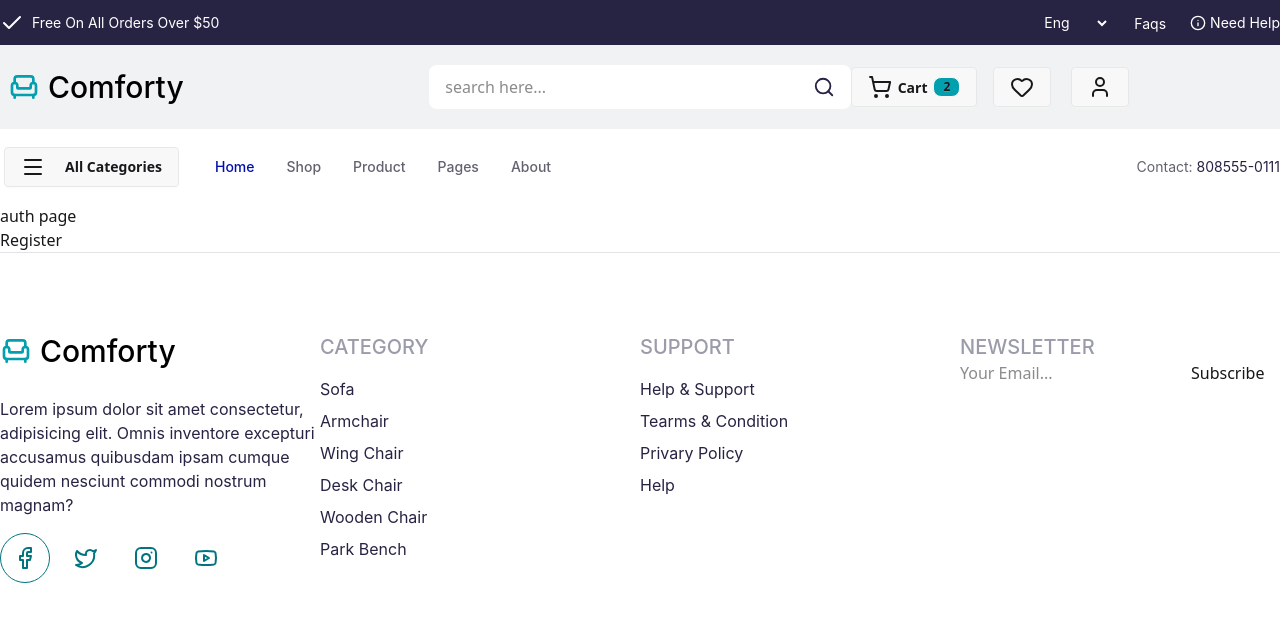
Repository: Neda0o0/store-template-website
Page: /auth/register
These files come from the project's save history. The page is drawn as it stood at one moment and after the next save; the edit follows.
The browser window is 1280 px wide. The pictures show the whole page.
The project was rebuilt for these pictures with package versions that can differ from the ones it lists, and the page was loaded fresh each time. Also part of the build but not shown: vite.config.js, src/components/Banner/Banner.jsx, src/components/Delivery/Delivery.jsx, src/components/Brand/Brand.jsx, src/components/SectionTitle/SectionTitle.jsx, src/components/Features/Features.jsx, src/components/Categories/Categories.jsx, src/components/Product/Product.jsx and 6 more.

Above is the page before, as saved 2025-10-27 16:58:42.

After the next save:
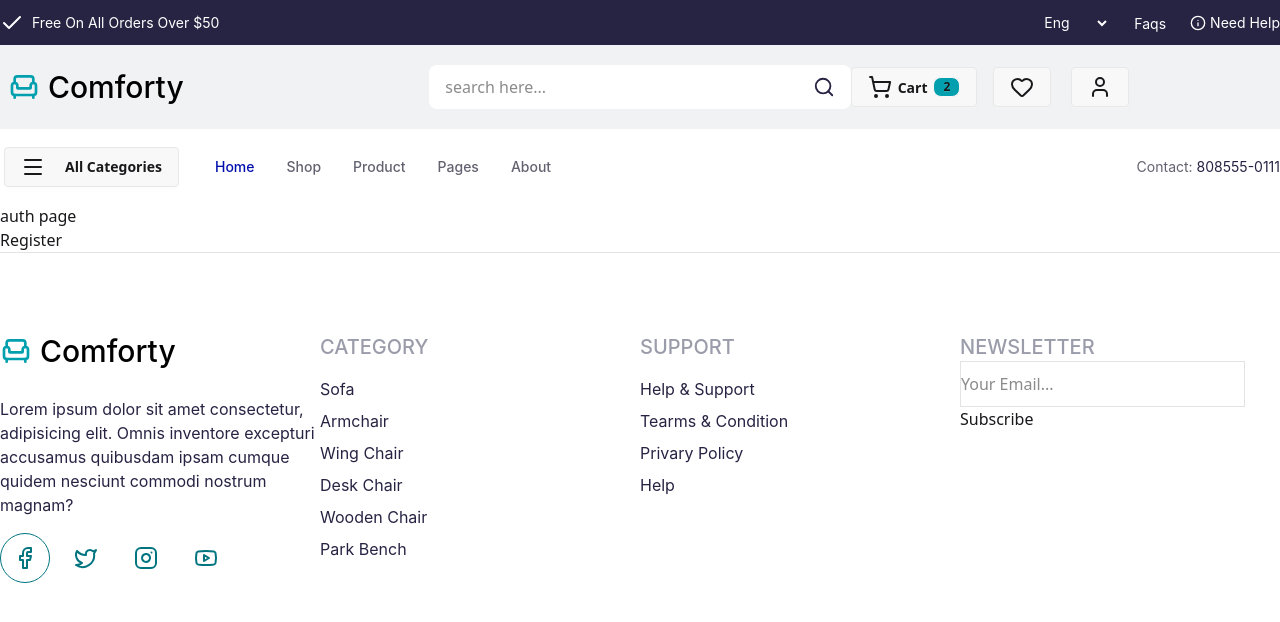
Saved 3 min 24 s later.
--- a/src/components/Footer/Footer.jsx
+++ b/src/components/Footer/Footer.jsx
@@ -108,8 +108,12 @@ const Footer = () => {
               <h3 className="text-xl text-[#9a9caa] font-inter font-medium uppercase">
                 newsletter
               </h3>
-              <form action="#">
-                <input type="email" placeholder="Your Email..." />
+              <form action="#" className="max-w-[424px] w-full">
+                <input
+                  type="email"
+                  placeholder="Your Email..."
+                  className="max-w-[285px] w-full h-[46px] border-[#e1e3e5] border-[1px]  "
+                />
                 <button type="submit">Subscribe</button>
               </form>
             </div>
